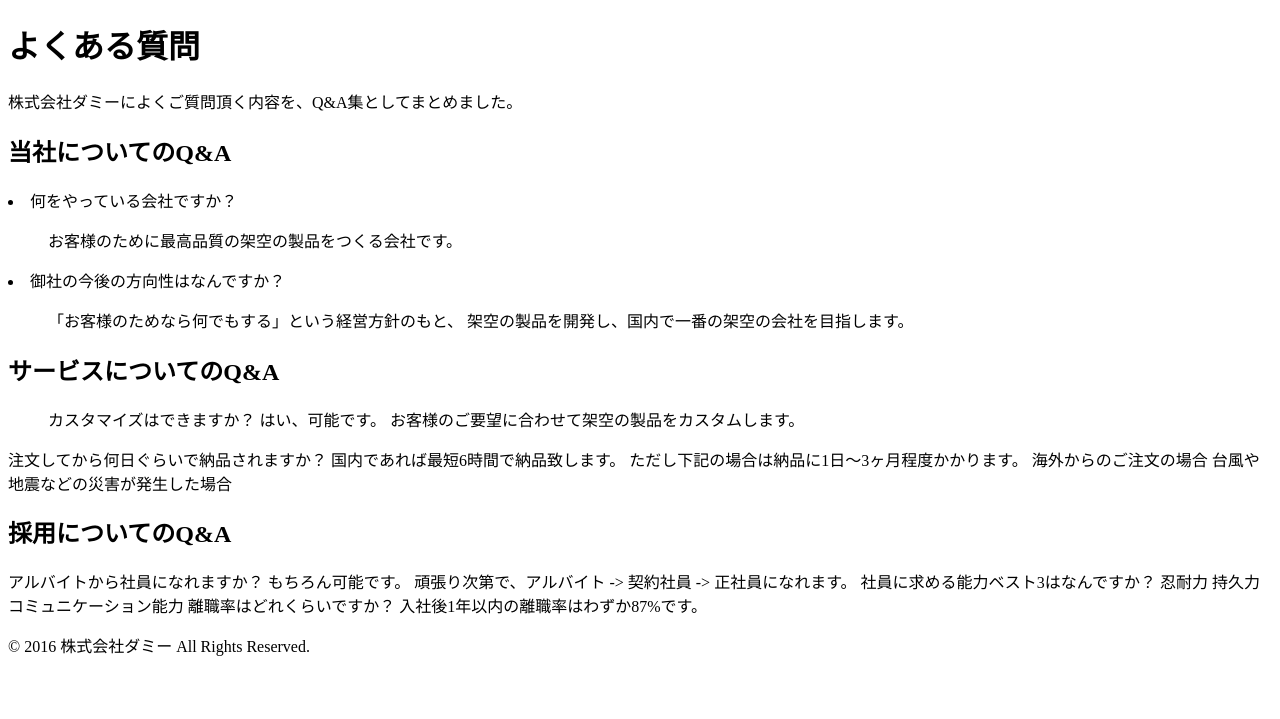
Repository: winc1980/practice-hp2022-wednesday
Page: ruka/practice1.html
The author's editor kept a copy of each file at every save. The page is drawn from the files as they stood at one save, then again after the next save.
The browser window is 1280 px wide. The pictures show the whole page.

Above is the page before, as saved 2022-05-26 00:00:08.

### ruka/practice1.html
<!DOCTYPE html>
<html lang="ja">
<head>
    <meta charset="UTF-8">
    <meta http-equiv="X-UA-Compatible" content="IE=edge">
    <meta name="viewport" content="width=device-width, initial-scale=1.0">
    <title>よくある質問 | 架空の株式会社ダミー</title>
</head>
<body>
    <h1>よくある質問</h1>

<p>
株式会社ダミーによくご質問頂く内容を、Q&A集としてまとめました。
</p>

<h2>当社についてのQ&A</h2>

<li>
何をやっている会社ですか？
<ul>
お客様のために最高品質の架空の製品をつくる会社です。
</ul>
</li>
<li>
御社の今後の方向性はなんですか？
<ul>
「お客様のためなら何でもする」という経営方針のもと、
架空の製品を開発し、国内で一番の架空の会社を目指します。
</ul>
</li>

<h2>サービスについてのQ&A</h2>
<ul>
カスタマイズはできますか？
はい、可能です。
お客様のご要望に合わせて架空の製品をカスタムします。
</ul>
注文してから何日ぐらいで納品されますか？
国内であれば最短6時間で納品致します。
ただし下記の場合は納品に1日〜3ヶ月程度かかります。
海外からのご注文の場合
台風や地震などの災害が発生した場合
<h2>採用についてのQ&A</h2>
アルバイトから社員になれますか？
もちろん可能です。
頑張り次第で、アルバイト -> 契約社員 -> 正社員になれます。
社員に求める能力ベスト3はなんですか？
忍耐力
持久力
コミュニケーション能力

離職率はどれくらいですか？
入社後1年以内の離職率はわずか87%です。
<p>
© 2016 株式会社ダミー All Rights Reserved.
</p>
</body>
</html>

After the next save:
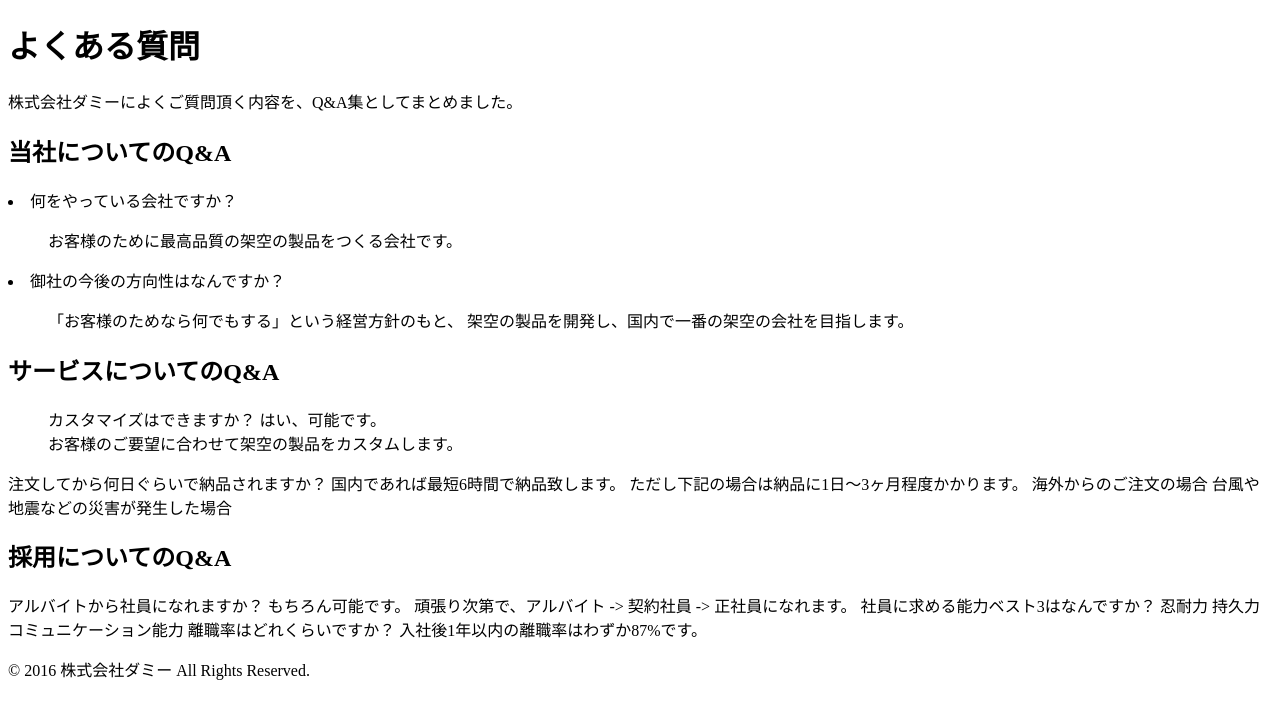
Saved 7 s later.
--- a/ruka/practice1.html
+++ b/ruka/practice1.html
@@ -32,7 +32,7 @@
 <h2>サービスについてのQ&A</h2>
 <ul>
 カスタマイズはできますか？
-はい、可能です。
+はい、可能です。<br>
 お客様のご要望に合わせて架空の製品をカスタムします。
 </ul>
 注文してから何日ぐらいで納品されますか？
